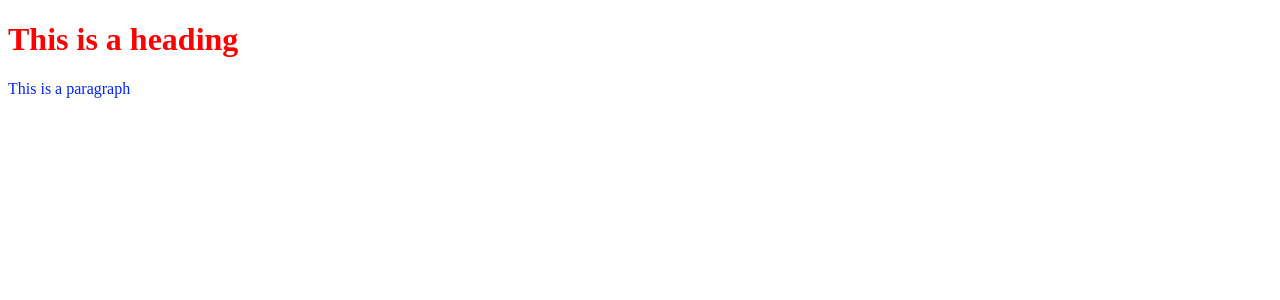
Repository: daehyeonhong/HTML
Page: ch04/WebContent/mycssexample2.html
The author's editor kept a copy of each file at every save. The page is drawn from the files as they stood at one save, then again after the next save.
The browser window is 1280 px wide. The pictures show the whole page.

Above is the page before, as saved 2020-05-19 03:14:34.

### ch04/WebContent/mycssexample2.html
<!DOCTYPE html>
<html>
<head>
<meta charset="UTF-8">
<title>외부 css파일</title>
<!-- type="대분류/소분류", rel="관계", href="css파일 경로" -->
<link type="text/css" rel="stylesheet" href="./css/mystyle.css">
</head>
<body>
	<h1>This is a heading</h1>
	<p>This is a paragraph</p>
</body>
</html>

### ch04/WebContent/css/mystyle.css
@charset "UTF-8";

h1 {
	color: red;
} /* 글자 색 */
p {
	color: #0026ff;
} /* 글자색 코드 */

After the next save:
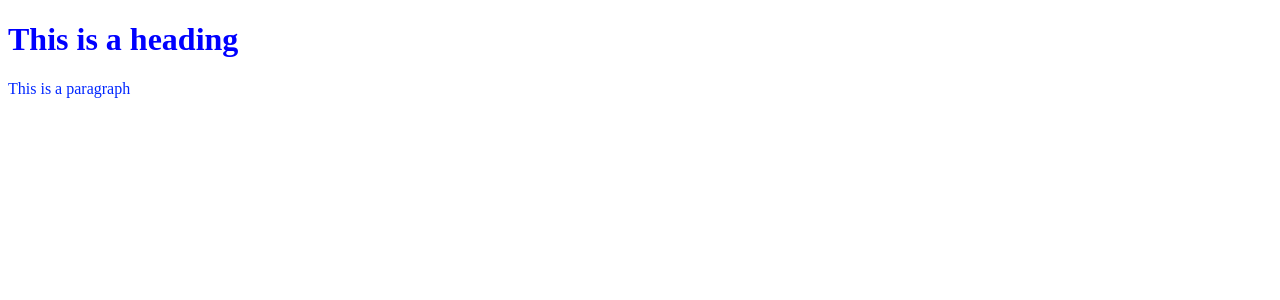
Saved 117 s later.
--- a/ch04/WebContent/mycssexample2.html
+++ b/ch04/WebContent/mycssexample2.html
@@ -2,9 +2,16 @@
 <html>
 <head>
 <meta charset="UTF-8">
-<title>외부 css파일</title>
-<!-- type="대분류/소분류", rel="관계", href="css파일 경로" -->
-<link type="text/css" rel="stylesheet" href="./css/mystyle.css">
+<title>내부 css파일</title>
+<style>
+h1 {
+	color: blue;
+}
+
+p {
+	color: #0026ff;
+}
+</style>
 </head>
 <body>
 	<h1>This is a heading</h1>
